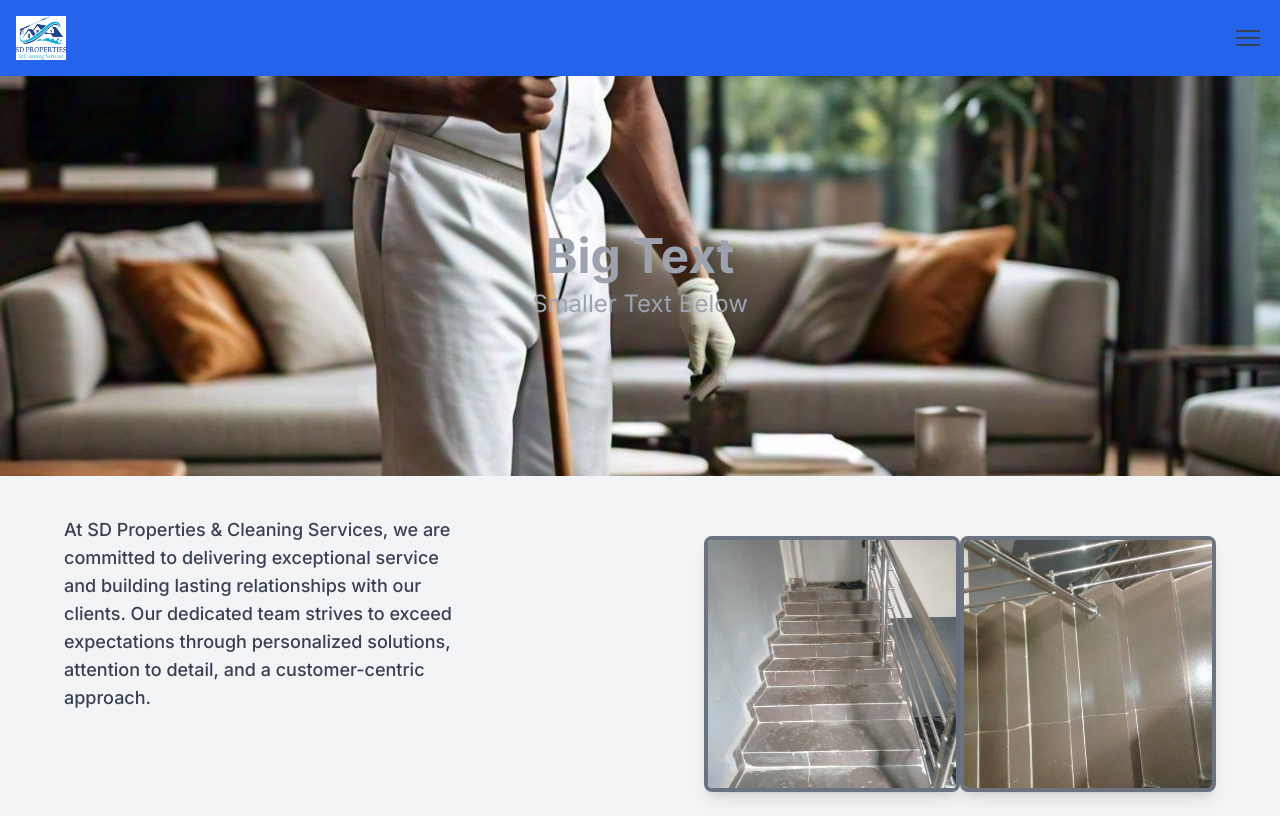
Repository: devmskhan/sdpropandclean
Page: /
An editor plug-in stored every save of this project. The page is shown before and after the next save, followed by the edit.
The browser window is 1280 px wide. The pictures show the whole page.
The project was rebuilt for these pictures with package versions that can differ from the ones it lists, and the page was loaded fresh each time. The framework's server and built-in components were replaced by stand-ins that run in the browser. Also part of the build but not shown: next.config.mjs.

Above is the page before, as saved 2024-09-03 12:33:23.

### app/layout.tsx
import type { Metadata } from "next";
import { Inter } from "next/font/google";
import "./globals.css";

const inter = Inter({ subsets: ["latin"] });

export const metadata: Metadata = {
  title: "SD Properties & Cleaning",
  description: "Provision of Houses and Cleanliness of Homes is our apex goal",
};

export default function RootLayout({
  children,
}: Readonly<{
  children: React.ReactNode;
}>) {
  return (
    <html lang="en">
      <body className={inter.className}>{children}</body>
    </html>
  );
}

### app/page.tsx
import Header from '../components/Header';
import Body from '../components/Body';

export default function Home() {
  return (
    <main className="min-h-screen bg-gray-200">
      <Header />
      <Body />
    </main>
  );
}

### components/Header.tsx
import Image from "next/image";
import { Bars3Icon } from '@heroicons/react/24/solid'


function Header() {
    return (
        <header className="sticky top-0 flex justify-between items-center p-4 bg-blue-600 shadow-md">
      {/* Logo on the top left */}
      <div className="flex items-center">
        <Image
          src="/sdlogo.jpg"
          alt="Logo"
          width={50}
          height={50}
          className="cursor-pointer"
        />
      </div>

      {/* Triple line (hamburger) icon on the top right */}
      <div className="cursor-pointer">
        <Bars3Icon className="h-8 w-8 text-gray-700" />
      </div>
    </header>
    )
}

export default Header;

### components/Body.tsx



function Body() {
    return (
        <div>
            <div className="relative w-full h-[400px] bg-cover bg-center text-gray-400"
         style={{ backgroundImage: 'url("/pic1.jpg")' }}>
      <div className="absolute inset-0 flex flex-col justify-center items-center text-center">
        {/* Larger Text */}
        <h1 className="text-5xl font-bold mb-2">
          Big Text
        </h1>
        {/* Smaller Text */}
        <p className="text-2xl">
          Smaller Text Below
        </p>
      </div>
    </div>

    <div>

    </div>

      <div className="flex justify-between p-6 bg-gray-100">
  <div className="max-w-md text-left mr-12"> {/* Increased margin-right for larger space */}
    <p className="text-lg font-medium text-gray-700 mt-4 ml-10">
      At SD Properties & Cleaning Services, we are committed to delivering exceptional service and building lasting relationships with our clients. Our dedicated team strives to exceed expectations through personalized solutions, attention to detail, and a customer-centric approach.
    </p>
  </div>
  <div className="flex space- mt-4 mr-10">
  <img src="stairsb.jpg" alt="Top Image" className="mt-5 w-64 h-64 rounded-lg shadow-lg border-gray-500 border-solid border-4" />
  <img src="stairsaft.jpg" alt="Bottom Image" className="mt-5 w-64 h-64 rounded-lg shadow-lg border-gray-500 border-solid border-4" />
  </div>
</div>


        </div>


    )
}

export default Body;

Loaded but not shown: app/globals.css (common file); tailwind.config.ts (common file)

After the next save:
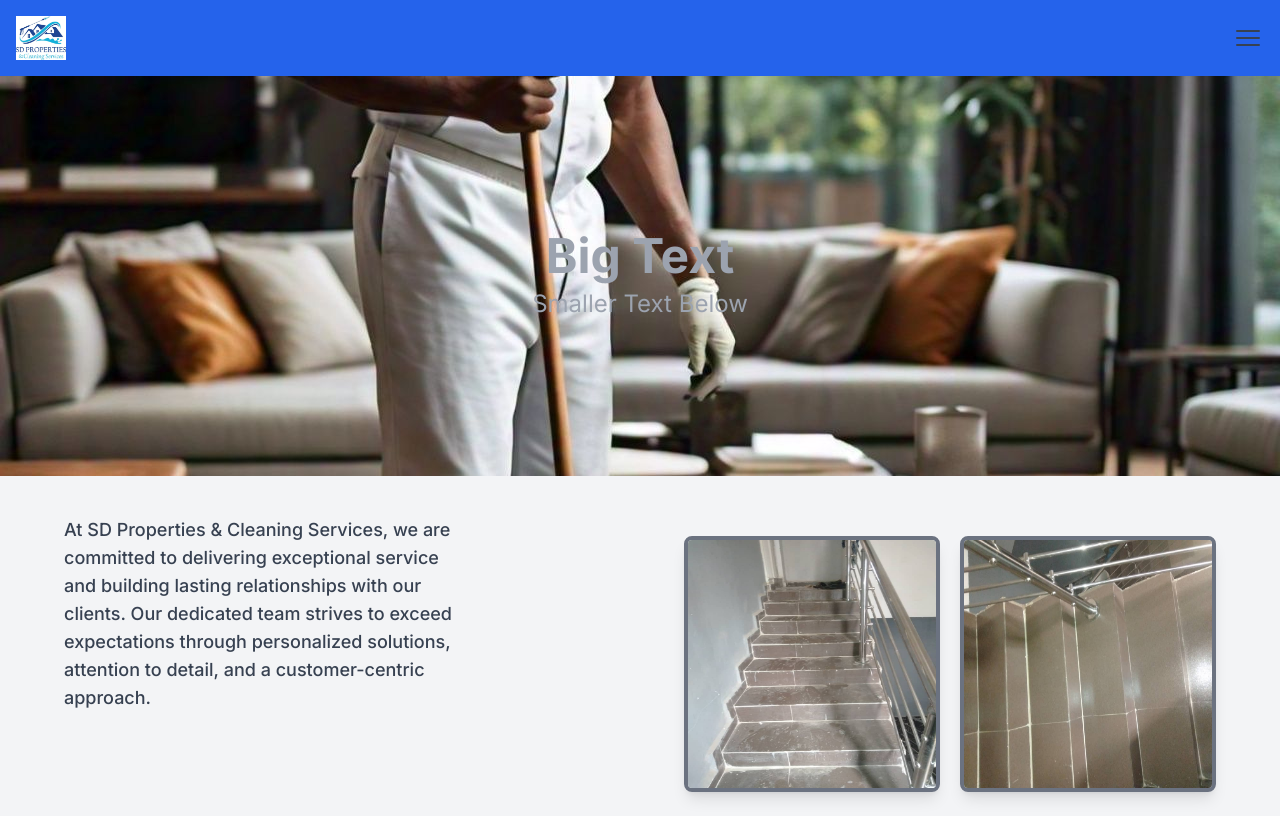
Saved 11 s later.
--- a/components/Body.tsx
+++ b/components/Body.tsx
@@ -28,7 +28,7 @@ function Body() {
       At SD Properties & Cleaning Services, we are committed to delivering exceptional service and building lasting relationships with our clients. Our dedicated team strives to exceed expectations through personalized solutions, attention to detail, and a customer-centric approach.
     </p>
   </div>
-  <div className="flex space- mt-4 mr-10">
+  <div className="flex space-x-5 mt-4 mr-10">
   <img src="stairsb.jpg" alt="Top Image" className="mt-5 w-64 h-64 rounded-lg shadow-lg border-gray-500 border-solid border-4" />
   <img src="stairsaft.jpg" alt="Bottom Image" className="mt-5 w-64 h-64 rounded-lg shadow-lg border-gray-500 border-solid border-4" />
   </div>
